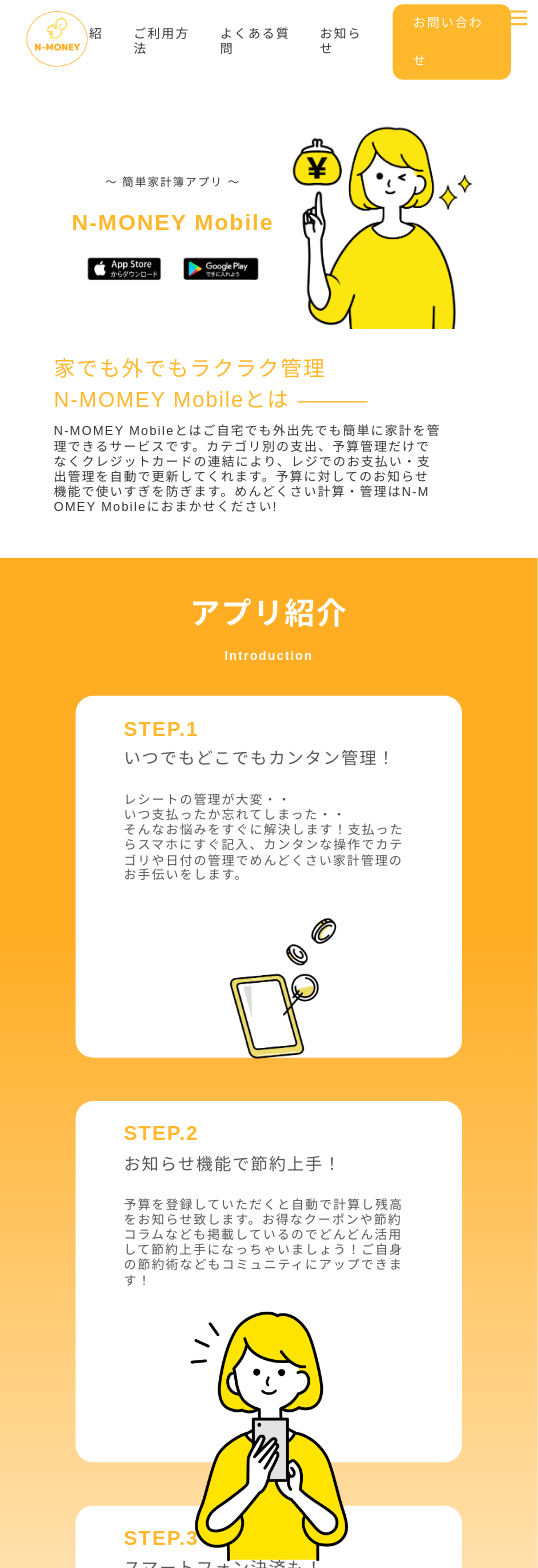
Repository: nozomi-23/lp2_test
Page: index.html
The author's editor kept a copy of each file at every save. The page is drawn from the files as they stood at one save, then again after a run of saves.
The browser window is 768 px wide. The pictures show the part of the page from y = 0 to 2240 px (the page is 6949 px tall), at 70% of full size.
Some web fonts or font styles are not loaded; a fallback is used.

Above is the page before, as saved 2022-06-19 15:40:22.

### index.html
<!DOCTYPE html>
<html lang="ja">
<head>
  <meta charset="UTF-8">
  <title>家計簿アプリ「N-MONEY」</title>
  <meta name="description" content="「人生をコードと共に」というビジョンを達成するべく、皆さんのプログラミング学習をサポートします。">
  <meta name="keywords" content="家計簿,アプリ,おすすめ">
  <meta name="viewport" content="width=device-width, initial-scale=1.0">
  <meta property="og:title" content="家計簿アプリ「N-MONEY」">
  <meta property="og:type" content="article">
  <meta property="og:url" content="https://withcode-plus.tech">
  <meta property="og:image" content="img/logo.png">
  <meta property="og:description" content="カンタン家計簿アプリ 「N-MONEY」でお得に楽に家計管理。">
  <meta property="og:site_name" content="家計簿アプリ">
  <link rel="icon" href="favicon.ico">
  <link rel="apple-touch-icon" sizes="180x180" href="img/logo.png">
  <link rel="preconnect" href="https://fonts.googleapis.com">
  <link rel="preconnect" href="https://fonts.gstatic.com" crossorigin>
  <link
    href="https://fonts.googleapis.com/css2?family=M+PLUS+1p:wght@400;500;700&family=Noto+Sans+JP:wght@400;500&display=swap"
    rel="stylesheet">
  <link rel="stylesheet" type="text/css" href="css/reset.css">
  <link rel="stylesheet" type="text/css" href="css/common.css">
</head>
<body>
  <!-- ========== header -->
  <header>
    <div class="header_inner">
      <h1 class="header_logo">
        <a href="#"><img src="img/logo.png" alt="ロゴ画像"></a>
      </h1>
      <nav class="header_nav">
        <ul class="header_list">
          <li class="header_item">
            <a href="#introduction">アプリ紹介</a>
          </li>
          <li class="header_item">
            <a href="#how">ご利用方法</a>
          </li>
          <li class="header_item">
            <a href="#fqa">よくある質問</a>
          </li>
          <li class="header_item">
            <a href="#news">お知らせ</a>
          </li>
          <li class="header_item heder_btn">
            <a href="#contact">お問い合わせ</a>
          </li>
        </ul>
      </nav>
      <div class="drawer"></div>
    </div>
  </header>
  <!-- ========== top -->
  <section class="top_section">
    <div class="inner">
      <div class="top_wrapper">
        <div class="top_left">
          <h2 class="title">
            <p>〜 簡単家計簿アプリ 〜</p><br>
            <span>N-MONEY Mobile</span>
          </h2>
          <div class="download">
            <div class="download_apple">
              <a href="https://www.apple.com/jp/app-store/">
                <img src="img/apple.png" alt="Apple Store">
              </a>
            </div>
            <div class="download_google">
              <a href="https://play.google.com/store/apps?hl=ja&gl=US">
                <img src="img/google.png" alt="Google Store">
              </a>
            </div>
          </div>
        </div>
        <div class="top_right">
          <img src="img/top.png" alt="トップ画像">
        </div>
      </div>
    </div>
  </section>
    <!-- ========== feature -->
    <div class="inner">
      <div class="feature_txt">
        <h3 class="feature_ttl">家でも外でもラクラク管理<br>
        N-MOMEY Mobileとは</h3>
        <p>N-MOMEY
        Mobileとはご自宅でも外出先でも簡単に家計を管理できるサービスです。カテゴリ別の支出、予算管理だけでなくクレジットカードの連結により、レジでのお支払い・支出管理を自動で更新してくれます。予算に対してのお知らせ機能で使いすぎを防ぎます。めんどくさい計算・管理はN-MOMEY
        Mobileにおまかせください!</p>
      </div>
    </div>
<!-- ========== Introduction -->
<section class="intro section" id="introduction">
  <div class="inner">
    <h4 class="common_ttl common_ttl_color">アプリ紹介<br><small>Introduction</small></h4>
    <div class="intro_wrapper">
      <div class="intro_wrapper_left">
        <h5 class="intro_txt"><strong>STEP.1</strong><br>
          いつでもどこでもカンタン管理！</h5>
          <p>レシートの管理が大変・・<br>
          いつ支払ったか忘れてしまった・・<br>
          そんなお悩みをすぐに解決します！支払ったらスマホにすぐ記入、カンタンな操作でカテゴリや日付の管理でめんどくさい家計管理のお手伝いをします。</p>
      </div>
      <div class="intro_wrapper_right">
        <img src="img/step1.png" alt="スマートフォンの画像">
      </div>
    </div>
    <div class="intro_wrapper intro_wrapper_revers">
      <div class="intro_wrapper_left ">
        <h5 class="intro_txt"><strong>STEP.2</strong><br>
          お知らせ機能で節約上手！</h5>
        <p>予算を登録していただくと自動で計算し残高をお知らせ致します。お得なクーポンや節約コラムなども掲載しているのでどんどん活用して節約上手になっちゃいましょう！ご自身の節約術などもコミュニティにアップできます！
          </p>
      </div>
      <div class="intro_wrapper_right">
        <img src="img/step2.png" alt="スマートフォンの画像">
      </div>
    </div>
    <div class="intro_wrapper">
      <div class="intro_wrapper_left">
        <h5 class="intro_txt"><strong>STEP.3</strong><br>
          スマートフォン決済も！</h5>
        <p>クレジットカードと連携していただけるとアプリ一つで決済から家計簿への記入まで一括でおこなえます。
        N-MOMEYポイントも貯まるお得機能!<br>
        貯まったポイントは100ポイント1円からご利用いただけます。</p>
      </div>
      <div class="intro_wrapper_right">
        <img src="img/step3.png" alt="スマートフォンの画像">
      </div>
    </div>
  </div>
</section>
<!-- ========== how -->
<section class="how section" id="how">
  <div class="inner">
    <h4 class="common_ttl">ご利用方法<br><small>How to Use</small></h4>
    <div class="how_wrapper">
      <div class="how_wrapper_item">
        <h5>iOS</h5>
        <ul class="how_list">
          <li>1.Apple Store</li>
          <p>▼</p>
          <li>2.N-MOMEYと検索</li>
          <p>▼</p>
          <li>3.アプリをダウンロード</li>
          <p>▼</p>
          <li>4.アカウント登録</li>
          <p>▼</p>
          <li>5.クレジットカード登録(任意)</li>
        </ul>
      </div>
      <div class="how_wrapper_item">
        <h5>Android</h5>
        <ul class="how_list">
          <li>1.Google Store</li>
          <p>▼</p>
          <li>2.N-MOMEYと検索</li>
          <p>▼</p>
          <li>3.アプリをダウンロード</li>
          <p>▼</p>
          <li>4.アカウント登録</li>
          <p>▼</p>
          <li>5.クレジットカード登録(任意)</li>
        </ul>
      </div>
    </div>
  </div>
</section>
<!-- ========== fqa -->
<section class="fqa section" id="fqa">
  <div class="fqa_wrapper">
    <h4 class="common_ttl">よくある質問<br><small>Q&A</small></h4>
    <div class="faa_inner">
      <ul class="faq_txt">
        <li>Q.利用料金はかかりますか？</li>
        <p><strong>A.</strong>全て無料でご利用いただけます。正しクレジットカードを連携の際はご利用した分のご請求がございます。</p>
        <li>Q.利用料金はかかりますか？</li>
        <p><strong>A.</strong>全て無料でご利用いただけます。正しクレジットカードを連携の際はご利用した分のご請求がございます。</p>
        <li>Q.利用料金はかかりますか？</li>
        <p><strong>A.</strong>全て無料でご利用いただけます。正しクレジットカードを連携の際はご利用した分のご請求がございます。</p>
        <li>Q.利用料金はかかりますか？</li>
        <p><strong>A.</strong>全て無料でご利用いただけます。正しクレジットカードを連携の際はご利用した分のご請求がございます。</p>
        <li>Q.利用料金はかかりますか？</li>
        <p><strong>A.</strong>全て無料でご利用いただけます。正しクレジットカードを連携の際はご利用した分のご請求がございます。</p>
      </ul>
      <div class="btn">
        <a href="#">その他の質問</a>
      </div>
    </div>
  </div>
</section>
<!-- ========== news -->
<section class="news section" id="news">
  <div class="news_wrapper">
    <h4 class="common_ttl">お知らせ<br><small>News</small></h4>
    <div class="news_inner">
      <ul class="news_txt">
        <li><span>2022.6.1</span>お得クーポン配布開始</li>
        <p>提携企業拡大キャンペーンにあたって今だけクーポン大量配布します!</p>
        <li><span>2022.6.1</span>お得クーポン配布開始</li>
        <p>提携企業拡大キャンペーンにあたって今だけクーポン大量配布します!</p>
        <li><span>2022.6.1</span>お得クーポン配布開始</li>
        <p>提携企業拡大キャンペーンにあたって今だけクーポン大量配布します!</p>
        <li><span>2022.6.1</span>お得クーポン配布開始</li>
        <p>提携企業拡大キャンペーンにあたって今だけクーポン大量配布します!</p>
        <li><span>2022.6.1</span>お得クーポン配布開始</li>
        <p>提携企業拡大キャンペーンにあたって今だけクーポン大量配布します!</p>
        <li><span>2022.6.1</span>プレリリース</li>
        <p>N-MOMEYアプリ&emsp;正式リリースしました</p>
        <li><span>2022.6.1</span>プレリリース</li>
        <p>N-MOMEYアプリ&emsp;正式リリースしました</p>
      </ul>
    </div>
  </div>
</section>
<!-- ========== contact -->
<section class="contact section" id="contact">
  <div class="btn">
    <a href="#">お問い合わせ</a>
  </div>
</section>
<!-- ========== footer -->
<footer>
  <div class="footer_innre">
    <div class="footer_logo_wrapper">
        <a href="#" class="footer_logo">
          <img src="img/logo.png" alt="ロゴ画像">
        </a>
        <a href="https://twitter.com/nomoko_423" class="footer_sns">
          <img src="img/twitter.png" alt="Twitter画像">
        </a>
    </div>
    <div class="footer_list">
      <ul>
        <li><a href="#introduction">アプリ紹介</li></a>
      </ul>
      <ul>
        <li><a href="#how">ご利用方法</li></a>
        <li><a href="fqa">よくある質問</li></a>
      </ul>
      <ul class="footer_list_border">
        <li><a href="#">ご利用規約</li></a>
        <li><a href="#">プライバシーポリシー</li></a>
        <li><a href="#">特定商法取引に基づく表記</li></a>
      </ul>
    </div>
    <p>mail : n-money@gmail.com</p>
    <p>©︎ 2022 n-money.All Rights Reserved</p>
  </div>
</footer>
</body>
</html>

### css/reset.css
@charset "UTF-8";

html,
body,
div,
span,
object,
iframe,
h1,
h2,
h3,
h4,
h5,
h6,
p,
blockquote,
pre,
abbr,
address,
cite,
code,
del,
dfn,
em,
img,
ins,
kbd,
q,
samp,
small,
strong,
sub,
sup,
var,
b,
i,
dl,
dt,
dd,
ol,
ul,
li,
fieldset,
form,
label,
legend,
table,
caption,
tbody,
tfoot,
thead,
tr,
th,
td,
article,
aside,
canvas,
details,
figcaption,
figure,
footer,
header,
hgroup,
menu,
nav,
section,
summary,
time,
mark,
audio,
video {
  margin: 0;
  padding: 0;
  border: 0;
  outline: 0;
  font-size: 100%;
  vertical-align: baseline;
  background: transparent;
}

body {
  line-height: 1;
}

article,
aside,
details,
figcaption,
figure,
footer,
header,
hgroup,
menu,
nav,
section {
  display: block;
}

nav ul {
  list-style: none;
}

blockquote,
q {
  quotes: none;
}

blockquote:before,
blockquote:after,
q:before,
q:after {
  content: '';
  content: none;
}

a {
  margin: 0;
  padding: 0;
  font-size: 100%;
  vertical-align: baseline;
  background: transparent;
}

/* change colours to suit your needs */
ins {
  background-color: #ff9;
  color: #000;
  text-decoration: none;
}

/* change colours to suit your needs */
mark {
  background-color: #ff9;
  color: #000;
  font-style: italic;
  font-weight: bold;
}

del {
  text-decoration: line-through;
}

abbr[title],
dfn[title] {
  border-bottom: 1px dotted;
  cursor: help;
}

table {
  border-collapse: collapse;
  border-spacing: 0;
}

/* change border colour to suit your needs */
hr {
  display: block;
  height: 1px;
  border: 0;
  border-top: 1px solid #cccccc;
  margin: 1em 0;
  padding: 0;
}

input,
select {
  vertical-align: middle;
}

### css/common.css
@charset "UTF-8";

body {
  font-size: 18px;
  line-height: 1.2;
  letter-spacing: 2px;
  word-break: break-all;
  color: #555;
  font-family: 'M PLUS 1p', sans-serif ,
  'Noto Sans JP', sans-serif;
}
li {
  list-style: none;
}
a {
  text-decoration: none;
  color: #333;
}
/* ===================
共通レイアウト
======================*/
.section {
  padding: 7% 0;
  position: relative;
}
.inner {
  width: 80%;
  margin: 0 auto;
  /* background-color: rgb(221, 240, 240); */
}
/* ===================
共通パーツ
======================*/
.common_ttl {
  text-align: center;
  color: #5A5757;
  font-size: 2.7rem;
  margin-bottom: 6.5%;
}
.common_ttl small {
  font-size: 1.1rem;
}

.btn {
  text-align: center;
  border-radius: 5px;
  background-color: #FFB72B;
  width: 20%;
  margin: 0 auto;
  line-height: 3.5;
}
.btn a {
  display: block;
  color: #fff;
  width: 100%;
  height: 100%;
}
.btn:hover {
  opacity: 0.5;
}
/* ===================
header
======================*/
.header_inner {
  width: 90%;
  height: 15vh;
  margin: 0 auto;
  display: flex;
  justify-content: space-between;
  align-items: center;
}
/* .header_logo {
  position: fixed;
  top: 1rem;
  z-index: 3;
} */
.header_logo img {
  width: 100%;
  height: 100%;
}
.header_nav {
  margin-left: auto;
}
.header_list {
  display: flex;
  justify-content: flex-end;
  align-items: center;
}
.header_list li {
  margin-left: 1.8rem;
}
.header_list li a:hover {
  opacity: 0.5;
}
.heder_btn a{
  background: #FFB72B;
  color: #fff;
  line-height: 3;
  border-radius: 15px;
  display: inline-block;
  padding: 0 1.8rem;
}
/* ===================
top
======================*/
.top_wrapper {
  margin-top: 10%;
  height: auto;
  display: flex;
  justify-content: space-evenly;
  align-items: center;
}
.top_left {
  text-align: center;
  width: 50%;
  height: auto;
}
.title p{
  font-size: 1.7rem;
  font-weight: 400;
  margin-bottom: 2%;
  color: #333;
}
.title span {
  font-size: 3.5rem;
  color: #FFB72B;
  font-weight: bold;
}
.download {
  display: flex;
  align-items: center;
  justify-content: space-evenly;
  margin-top: 10%;
}
.download_apple {
  width: 35%;
}
.download_apple img {
  width: 100%;
  height: 100%;
}
.download_google {
  width: 35%;
}
.download_google img {
  width: 100%;
  height: 100%;
}
.top_right {
  width: 42%;
  height: auto;
}
.top_right img {
  width: 100%;
  height: 100%;

}
/* ===================
feature
======================*/
.feature_txt {
  width: 90%;
  margin-bottom: 10%;
}
.feature_ttl {
  font-size: 1.9rem;
  color: #FFB72B;
  font-weight: 400;
  margin: 5% 0 2% 0;
  line-height: 1.5;
}
.feature_ttl::after {
  content: "";
  display: inline-block;
  width: 100px;
  height: 2px;
  background: #FFB72B;
  margin-left: 2%;
  vertical-align: middle;
}
.feature_txt p {
  color: #333;
}
/* ===================
Introduction
======================*/
.intro {
  background: linear-gradient(180deg, #FFAD23 27.08%, rgba(255, 173, 35, 0) 100%);
}
.common_ttl_color {
  color: #fff;
}
.intro_wrapper {
  width: 90%;
  height: 60vh;
  display: flex;
  align-items: center;
  justify-content: space-evenly;
  background: #fff;
  border-radius: 25px;
  margin: 0 auto;
  padding: 3% 0;
  margin-bottom: 10%;
}
.intro_wrapper_left {
  width: 45%;
  height: auto;
}
.intro_txt {
  font-size: 1.5rem;
  font-weight: 500;
  margin-bottom: 8%;
}
.intro_txt strong {
  font-weight: bold;
  color: #FFB72B;
  font-size: 1.8rem;
  margin-top: 1rem;
  line-height: 2;
}
.intro_wrapper_right {
width: 35%;
height: auto;
text-align: center;
}
.intro_wrapper_right img {
  max-width: 90%;

}
.intro_wrapper_revers {
  display: flex;
  flex-direction: row-reverse;
}
/* ===================
how
======================*/
.how_wrapper {
  width: 90%;
  margin: 0 auto;
  display: flex;
  justify-content: space-between;
}
.how_wrapper_item {
  width: 40%;
  text-align: center;
  border: 1px solid #EB9515;
  border-radius: 20px;
  padding: 5% 0 8% 0;
}
.how_wrapper_item h5{
  color: #FFB72B;
  font-size: 1.8rem;
  margin-bottom: 10%;
}
.how_list li {
  display: inline-block;
  padding: 2%;
  border-bottom: solid 1px #555;
}
.how_list p {
  margin: 5% 0;
}
/* ===================
fqa
======================*/
.fqa {
  background: linear-gradient(180deg, rgba(255, 173, 35, 0) 0%, #FFAD23 90.1%);
}
.fqa_wrapper {
  width: 85%;
  margin: 0 auto;
}
.faa_inner {
  background: #fff;
  border-radius: 25px;
  padding: 8% ;
}
.faq_txt {
  margin-bottom: 15%;
}
.faq_txt li {
  margin-bottom: 1.2rem;
}
.faq_txt p {
  margin-bottom: 1.2rem;
}
.faq_txt p strong {
  color: #FFAD23;
  font-weight: normal;
}
/* ===================
news
======================*/
.news {
  background: #FFF2DB;
}
.news_wrapper {
  width: 85%;
  margin: 0 auto;
}
.news_inner {
  background: #fff;
  border-radius: 25px;
  padding: 8%;
}
.news_txt li {
  margin-bottom: 1.2rem;
}
.news_txt li span {
  color: #FFAD23;
  margin-right: 1rem;
}
.news_txt p {
  margin-bottom: 1.2rem;
}
/* ===================
contact
======================*/
.contact {
  padding: 15% 0;
}
/* ===================
footer
======================*/
footer {
  background: #CB9436;
  padding: 2%;
}
.footer_logo_wrapper {
  display: flex;
  align-items: center;
}
.footer_logo {
  width: 5%;
}
.footer_sns {
  width: 5%;
  margin-left: 5%;
}
.footer_sns img {
  width: 100%;
}
.footer_sns:hover {
  opacity: 0.5;
}
.footer_list {
  display: flex;
  justify-content: space-evenly;
  margin: 6% 0;
}
.footer_list li {
  margin-bottom: 0.5rem;
}
.footer_list li a {
  color: #fff;
}
.footer_list_border {
  border-left: solid 2px #fff;
  padding-left: 1rem;
}
.footer_list_border li:nth-of-type(3) {
  margin: unset;
}
.footer_innre p {
  color: #fff;
  font-size: 15px;
  text-align: center;
}
/* ===================
レスポンシブ  1024px
======================*/
@media screen and (max-width: 1024px){
  .title p {
    font-size: 1.2rem;
  }
  .title span {
    font-size: 2.8rem;
  }
}
/* ===================
レスポンシブ  768px
======================*/
@media screen and (max-width: 768px) {
  .header_logo {
    position: fixed;
    top: 1rem;
    z-index: 3;
    }
  .title p {
    font-size: 1rem;
  }
  .title span {
    font-size: 2rem;
  }
  .intro_wrapper {
    display: block;
  }
  .intro_wrapper_left {
  width: 75%;
  margin: 0 auto;
  }
  .intro_wrapper_left p{
    margin-bottom: 8%;
  }
  .intro_wrapper_right {
    width: 75%;
    margin: 0 auto;
  }
  .intro_wrapper_right img {
    width: 55%;
    object-fit: cover;
  }
  .how_wrapper {
    display: block;
  }
  .how_wrapper_item {
    width: 75%;
    margin: 0 auto;
    margin-bottom: 10%;
  }
  .btn {
    width: 35%;
  }
  .footer_logo_wrapper {
    margin: 0 auto;
    display: block;
    width: 5%;
  }
  .footer_logo {
    display: none;
  }
  /* =====ハンバーガー＝＝＝＝ */
    header .drawer {
      visibility: visible;
      width: 24px;
      height: 24px;
      position: absolute;
      top: 15px;
      right: 15px;
      border-top: solid 3px #FFB72B;
      cursor: pointer;
      z-index: 100;
    }
    header .drawer::before,
    header .drawer::after {
      content: "";
      display: block;
      position: absolute;
      width: 24px;
      top: 0;
      right: 0;
      border-top: solid 3px #FFB72B;
      transition: all 0.5s;
    }
    header .drawer::before {
      top: 6px;
    }
    header .drawer::after {
      top: 15px;
    }
}

After the next 4 saves:
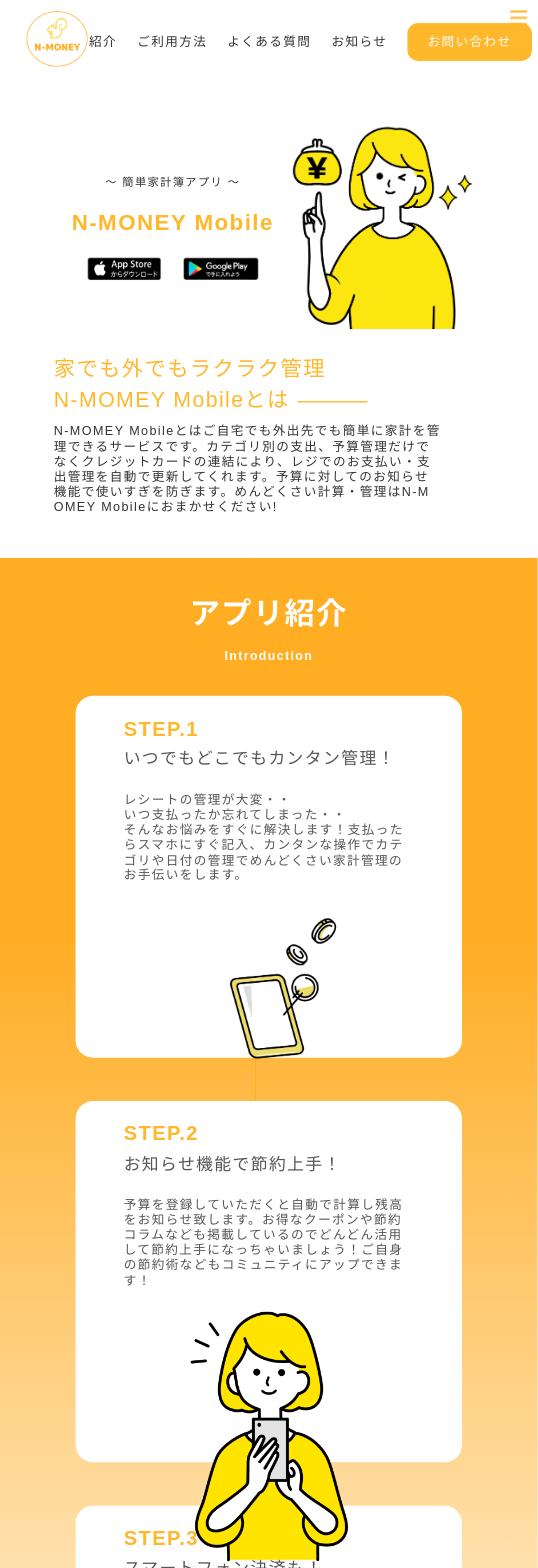
The 4 saves are shown as one change because they came seconds apart.
The last was saved 101 s later.
--- a/css/common.css
+++ b/css/common.css
@@ -458,4 +458,7 @@
     header .drawer::after {
       top: 15px;
     }
-}
+    .header_nav {
+      position: fixed;
+    }
+}
